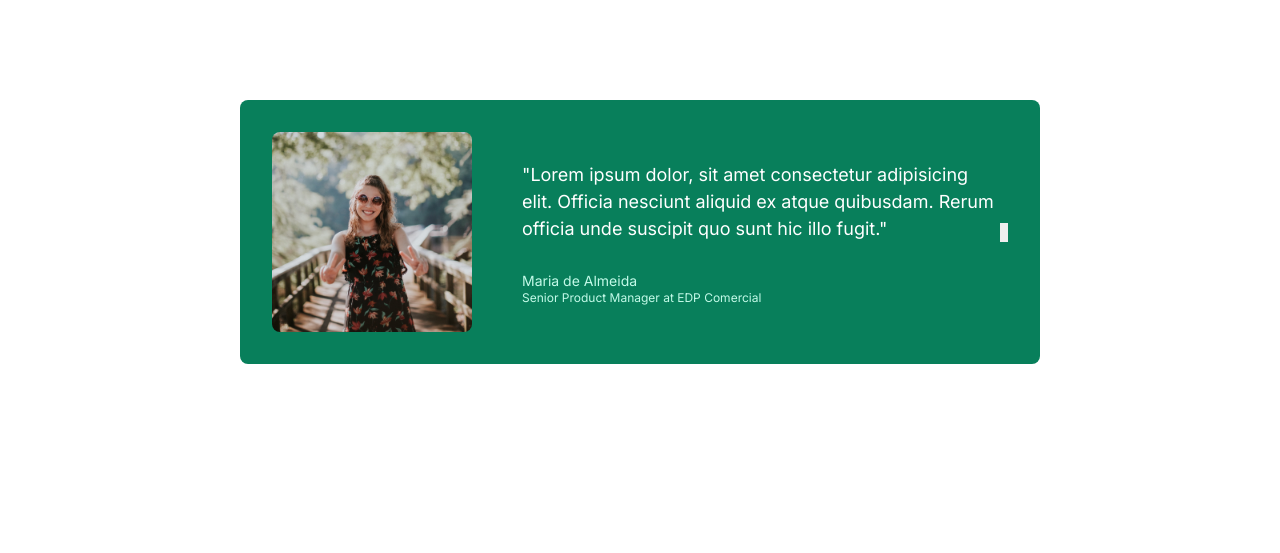
Repository: Ahmed123rezk123/06-Components
Page: carousel.html
These files come from the project's save history. The page is drawn as it stood at one moment and after the next save; the edit follows.
The browser window is 1280 px wide. The pictures show the whole page.

Above is the page before, as saved 2024-09-16 08:43:25.

### carousel.html
<!DOCTYPE html>
<html lang="en">
  <head>
    <meta charset="UTF-8" />
    <meta name="viewport" content="width=device-width, initial-scale=1.0" />
    <link rel="preconnect" href="https://fonts.gstatic.com" />
    <link
      href="https://fonts.googleapis.com/css2?family=Inter:wght@400;500;700&display=swap"
      rel="stylesheet"
    />
    <style>
      * {
        margin: 0;
        padding: 0;
        box-sizing: border-box;
      }

      body {
        font-family: "Inter", sans-serif;
        /* color: #343a40;
        background-color: #f8f9fa; */
        line-height: 1;
      }
      .carousel {
        width: 800px;
        margin: 100px auto;
        background-color: #087f5b;
        border-radius: 8px;
        padding: 32px;
        color: #fff;
        display: flex;
        align-items: center;
      }

      img {
        height: 200px;
        border-radius: 8px;
        margin-right: 50px;
      }
      .testmonial-text {
        font-size: 18px;
        font-weight: 500px;
        line-height: 1.5;
        margin-bottom: 32px;
      }
      .testmonial-auther {
        font-size: 14px;
        margin-bottom: 4px;
        color: #c3fae8;
      }

      .testmonial-job {
        font-size: 12px;
        color: #c3fae8;
      }
    </style>
    <title>Carousel</title>
  </head>
  <body>
    <div class="carousel">
      <img src="maria.jpg" alt="" />
      <blockquote class="testmonial">
        <p class="testmonial-text">
          "Lorem ipsum dolor, sit amet consectetur adipisicing elit. Officia
          nesciunt aliquid ex atque quibusdam. Rerum officia unde suscipit quo
          sunt hic illo fugit."
        </p>
        <p class="testmonial-auther">Maria de Almeida</p>
        <p class="testmonial-job">Senior Product Manager at EDP Comercial</p>
      </blockquote>

      <button class="btn">
        <svg
          xmlns="http://www.w3.org/2000/svg"
          fill="none"
          viewBox="0 0 24 24"
          stroke-width="1.5"
          stroke="currentColor"
          class="btn-icon"
        >
          <path
            stroke-linecap="round"
            stroke-linejoin="round"
            d="m8.25 4.5 7.5 7.5-7.5 7.5"
          />
        </svg>
      </button>
      <button class="btn">
        <svg
          xmlns="http://www.w3.org/2000/svg"
          fill="none"
          viewBox="0 0 24 24"
          stroke-width="1.5"
          stroke="currentColor"
          class="btn-icon"
        >
          <path
            stroke-linecap="round"
            stroke-linejoin="round"
            d="M15.75 19.5 8.25 12l7.5-7.5"
          />
        </svg>
      </button>
    </div>
  </body>
</html>

After the next save:
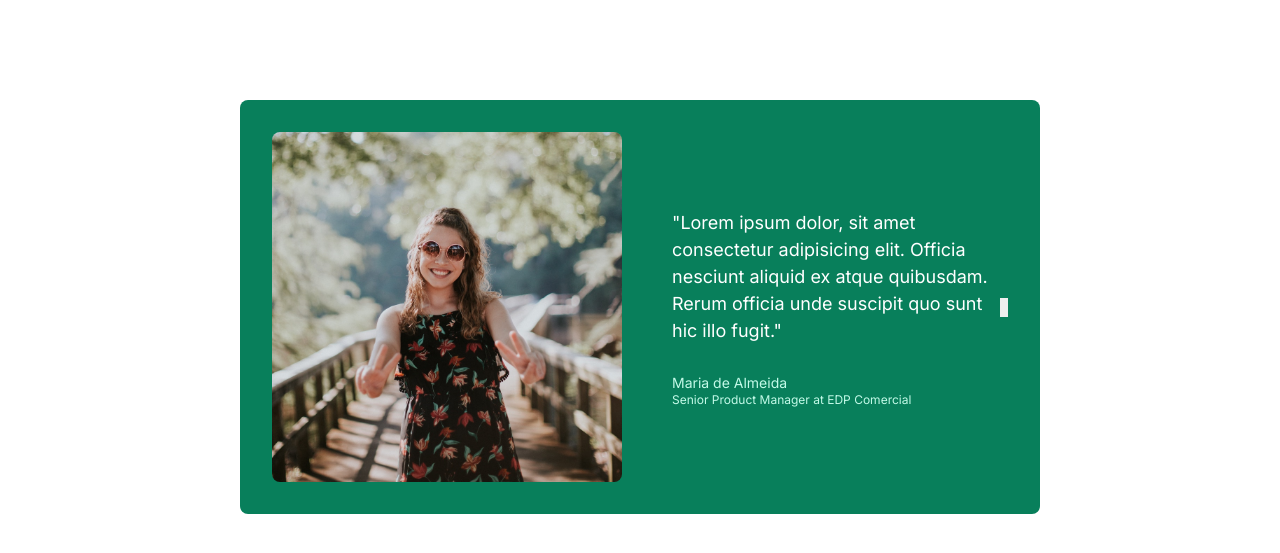
Saved 10 s later.
--- a/carousel.html
+++ b/carousel.html
@@ -33,7 +33,7 @@
       }
 
       img {
-        height: 200px;
+        height: 350px;
         border-radius: 8px;
         margin-right: 50px;
       }

After the save that followed:
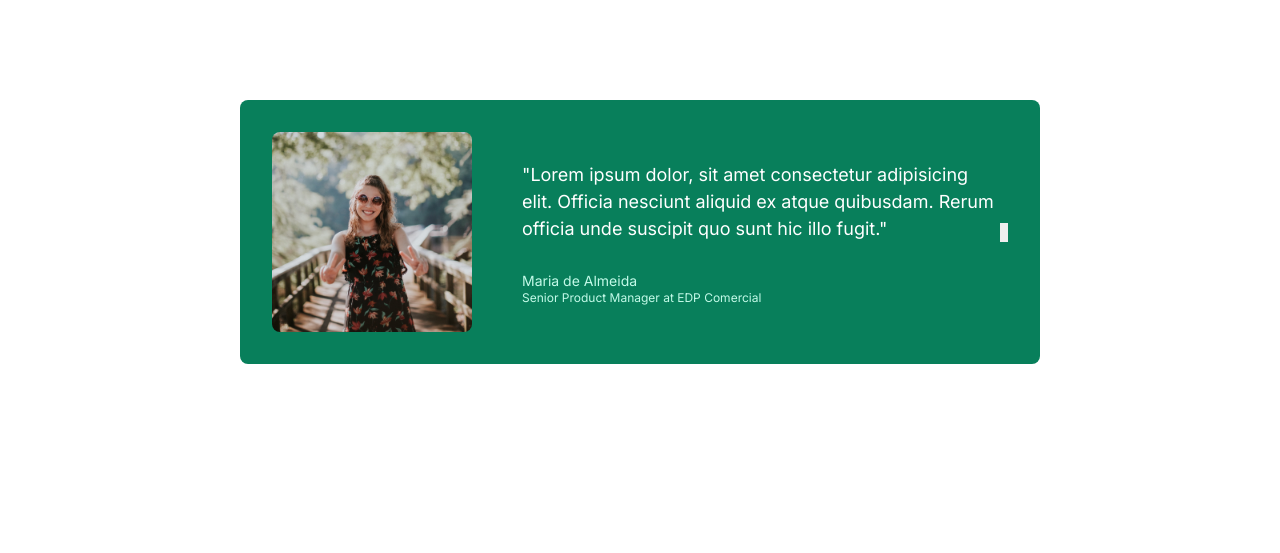
Saved 6 s later.
--- a/carousel.html
+++ b/carousel.html
@@ -33,7 +33,7 @@
       }
 
       img {
-        height: 350px;
+        height: 200px;
         border-radius: 8px;
         margin-right: 50px;
       }
